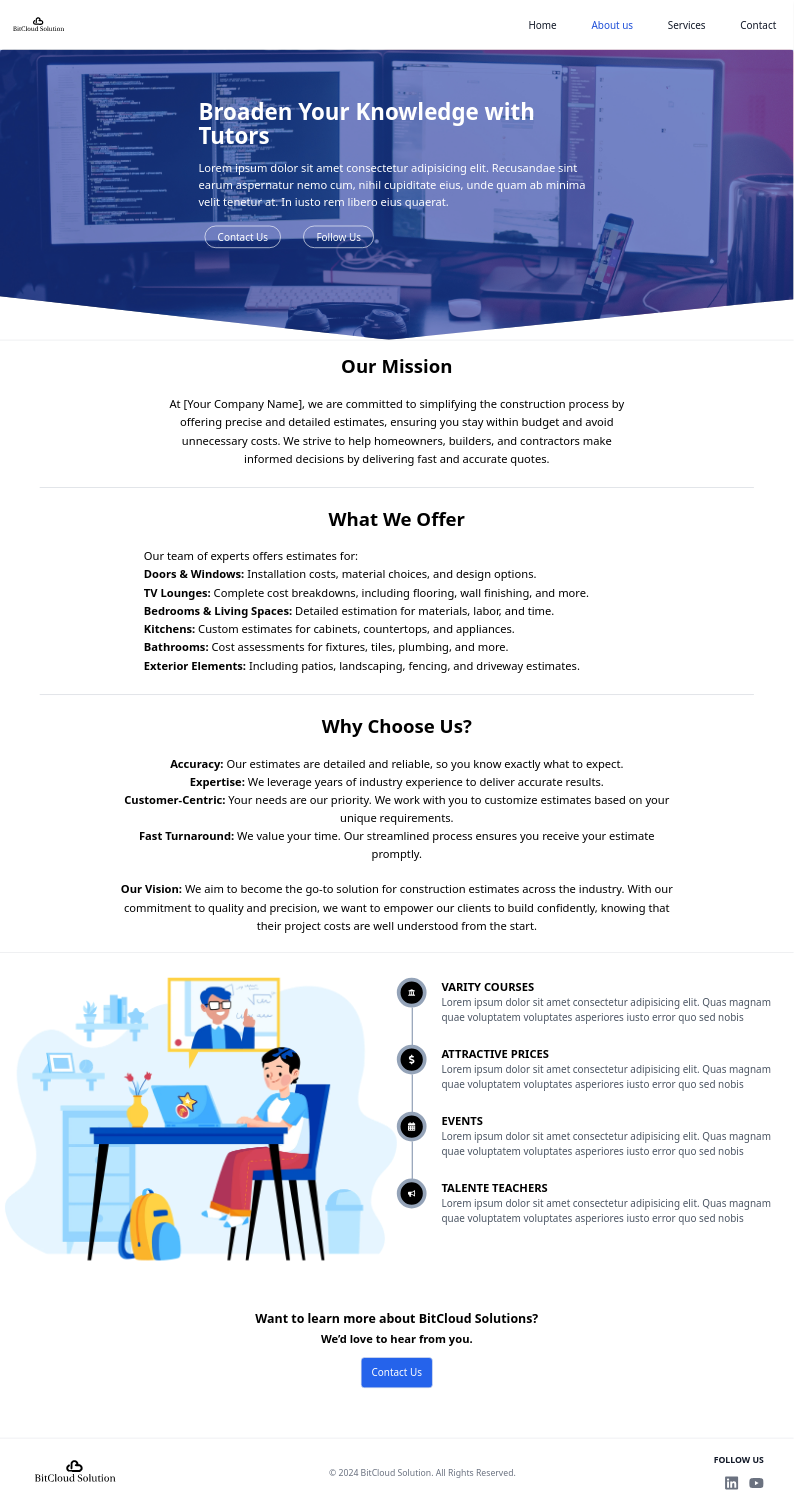
Repository: huzaifaBitCloud/BitCloud-website
Page: /about-us
These files come from the project's save history. The page is drawn as it stood at one moment and after the next save; the edit follows.
The browser window is 1280 px wide. The pictures show the whole page, at 62% of full size.
The project was rebuilt for these pictures with package versions that can differ from the ones it lists, and the page was loaded fresh each time. The framework's server and built-in components were replaced by stand-ins that run in the browser. Also part of the build but not shown: next.config.mjs.

Above is the page before, as saved 2025-01-14 12:07:22.

After the next save:
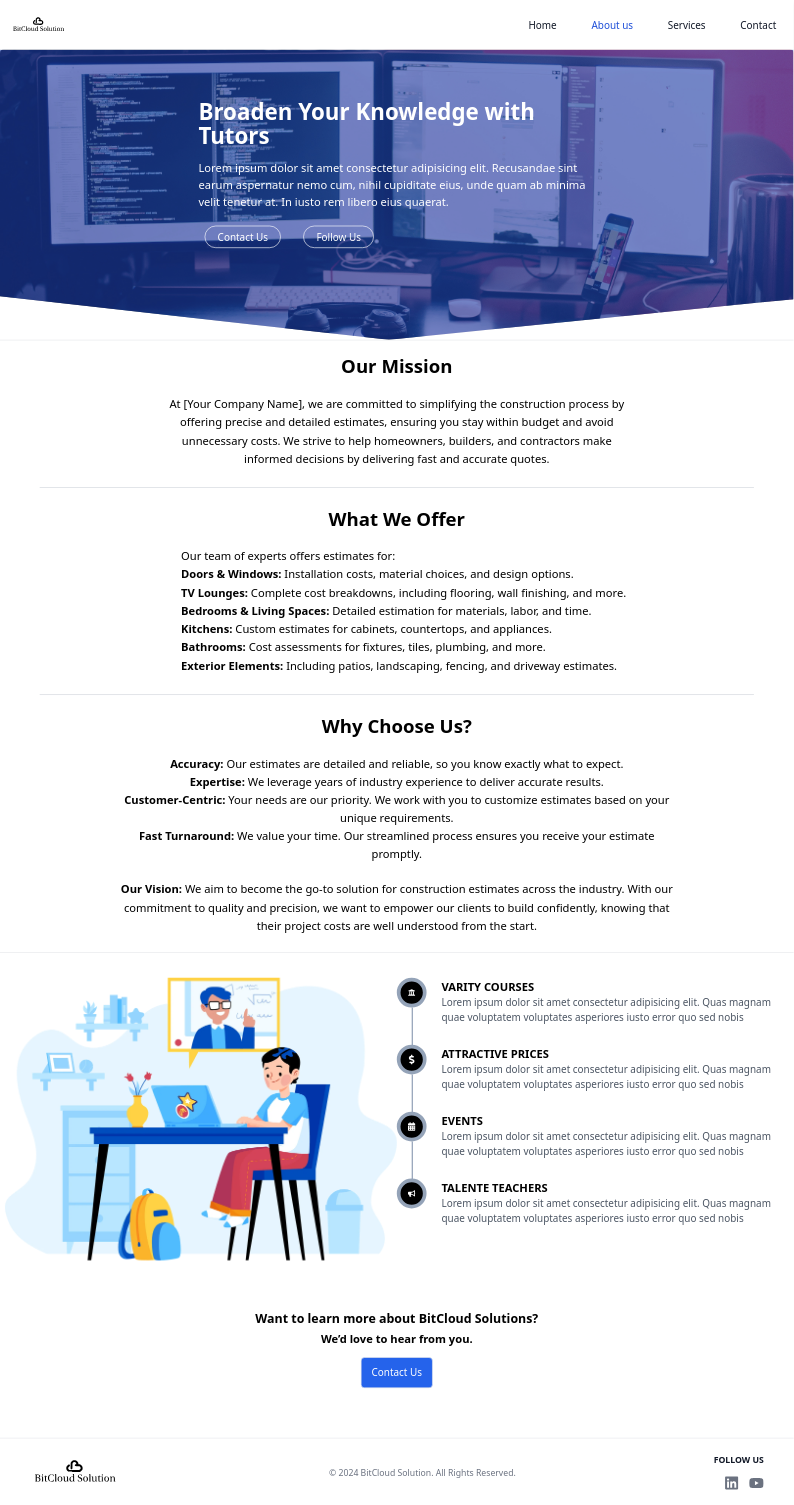
Saved 7 s later.
--- a/src/components/About.tsx
+++ b/src/components/About.tsx
@@ -106,7 +106,7 @@
         {/* What We Offer */}
         <div className="text-center">
           <h2 className="text-3xl font-bold my-6">What We Offer</h2>
-          <p className="my-7 text-lg leading-relaxed max-w-4xl mx-auto text-justify pl-[40px]">
+          <p className="my-7 text-lg leading-relaxed max-w-4xl mx-auto text-justify pl-[100px]">
             Our team of experts offers estimates for:
             <br />
             <strong>Doors & Windows:</strong> Installation costs, material
